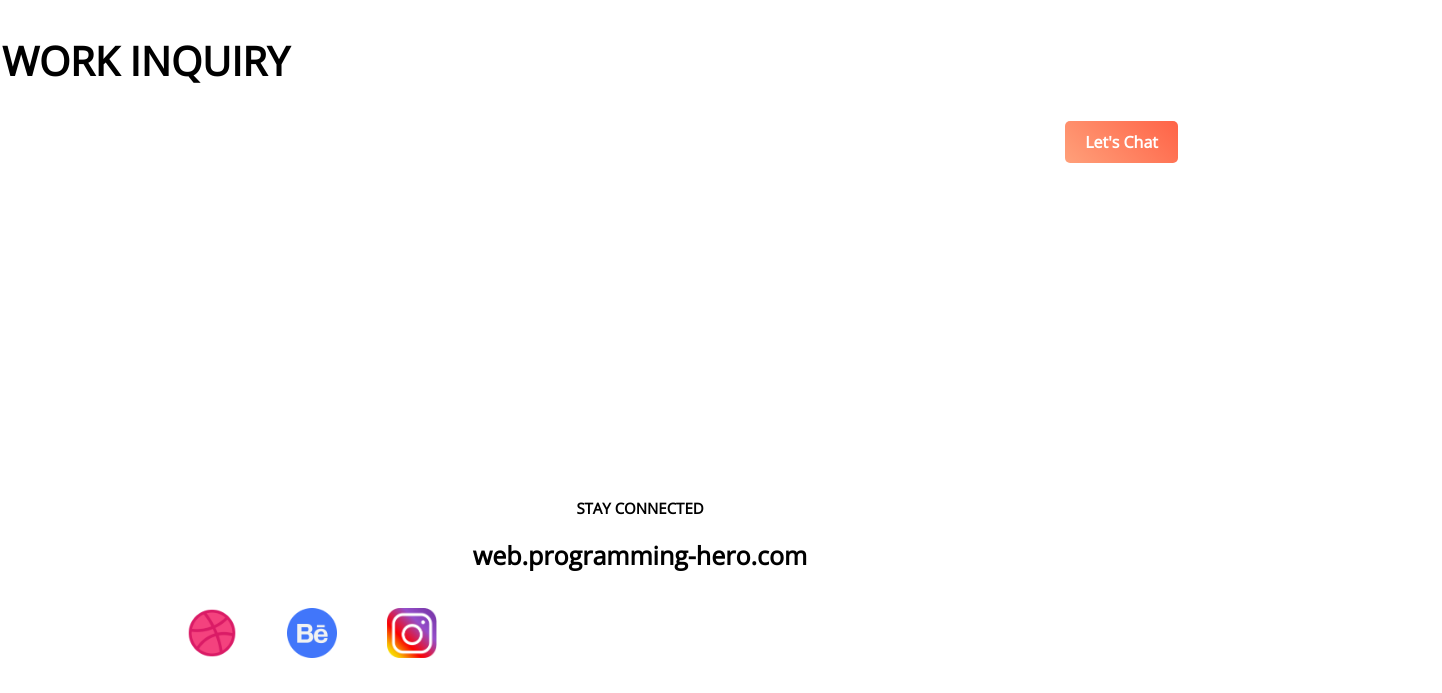
Repository: sabbircse3/personal-website
Page: index.html
An editor plug-in stored every save of this project. The page is shown before and after a run of saves, followed by the edit.
The browser window is 1280 px wide. The page is 1442 px wide, so the pictures cover 1442 px, including what lies to the right of the window. The pictures show the part of the page from y = 2386 to 3079 px (the page is 3079 px tall).

Above is the page before, as saved 2021-01-06 03:48:41.

### index.html
<!DOCTYPE html>
<html lang="en">
<head>
    <title>personal-website</title>
    <link rel="preconnect" href="https://fonts.gstatic.com">
    <link href="https://fonts.googleapis.com/css2?family=Open+Sans&display=swap" rel="stylesheet">
    <link rel="stylesheet" href="style.css">
</head>
<body>

        <div class="menu-1">
            <ul id="menu">
                <li><a href="#">Contact</a></li>
                <li><a href="#">Protfolio</a></li>
                <li><a href="#">Work</a></li>
                <li><a href="#">About</a></li>
            </ul>
        </div>


    <section class="top-banner ">
        <div class="half-width">
            <h1>HELLO, I'M <br> <span class="name-highlight">SABBIR HASAN</span></h1>
            <p>A full stack allaround designer that placerat in massa consectetur</p>
            <a class="link-button" target="_blank" href="https://www.linkedin.com/company/programminghero/">HIRE ME</a>
        </div>

        <div class="half-width">
            <img src="images/sabbir1.png" alt="">
        </div>
    </section>

    <section class="about ">
        <div class="half-width">
            <img src="images/sabbir1.png" alt="">
        </div>

        <div class="half-width">
            <h2> ABOUT</h2>
            <p>Lorem Ipsum is simply dummy text of the printing and typesetting industry. Lorem Ipsum has been the industry's standard dummy text ever since the 1500s, when an unknown printer took a galley of type and scrambled it to make a type specimen book.</p>
            <a class="link-button" target="_blank" href="https://www.linkedin.com/company/programminghero/">Download CV</a>
        </div>

    </section>

    <section class="experience-area">
        <h2 id="head-center"><span class="name-highlight">LASTET</span> WORKING PROJECT</h2>
        <div id="first-project" class="half-width single-experience">
            <img  src="images/image 4.png" alt="" class="center">
            <h3>Power-x-gym (gym website)</h3>
            <p>Lorem Ipsum is simply dummy text of the printing and typesetting industry.</p>

        </div>

        <div id="next-project" class="half-width single-experience">
            <img src="images/image 5.png" alt="" class="center">
            <h3>Creative Agency</h3>
            <p>Lorem Ipsum is simply dummy text of the printing and typesetting industry.</p>

        </div>

        <div id="next-project" class="half-width single-experience">
            <img src="images/image 8.png" alt="" class="center">
            <h3>Hard Rock Music</h3>
            <p>Lorem Ipsum is simply dummy text of the printing and typesetting industry.</p>

        </div>

    </section>



    <section class="education">
        <h1> <span class="name-highlight">EDU</span>CATION</h1>
        <div id="bachelor" class="half-width single-experience">
            <h3>Bachelor of Science in Computer Science</h3>
            <h3 class="blue-highlight">Khwaja Yunus Ali University</h3>
            <h3 class="orange-highlight">2016-2020</h3>
            <p>It is a reputaed private university in this country Bangladesh.</p>
        </div>

        <div id="others" class="half-width single-experience">
            <h3>Higher School Certificate</h3>
            <h3 class="blue-highlight">Bhagopara Shahid Dhanesh Uddin School and Collage</h3>
            <h4 class="orange-highlight">2014-2016</h4>
            <p>It is one of the best collage in our north said of country</p>
        </div>

		<div id="others" class="half-width single-experience">
            <h3>Secoundary School Certificate</h3>
            <h3 class="blue-highlight">Rajapur High School</h3>
            <h4 class="orange-highlight">2009-2014</h4>
            <p>This school is one of the best school in my native area where i was bron.</p>
        </div>

    </section>


    <section>
        <div class="lowest-banner">
            <h2>WORK INQUIRY </h2>
        </div>

        <div>
            <a class="chat-button" target="_blank" href="https://www.linkedin.com/company/programminghero/">Let's Chat</a>
        </div>

    </section>


    <footer>
        <h3>STAY CONNECTED</h3>
        <h2>web.programming-hero.com</h2>
        <div class="chat">
            <div class=" chat-experience">
                <img  src="images/image 6.png" alt="" class="center">
            </div>

            <div  class=" chat-experience">
                <img src="images/Group 33059.png" alt="" class="center">
            </div>

            <div  class=" chat-experience">
                <img src="images/image 7.png" alt="" class="center">
            </div>
        </div>

    </footer>




</body>
</html>

### style.css
body{
    font-family: 'Open Sans', sans-serif;
    margin: 2px;
    font-style: normal;
}
.menu-1{
	height: 90px;
}
#menu{
	list-style-type:none;
	width:900px;
	margin:10px auto;
}
#menu li{
	float:right;
}
#menu li a{
	color:black;
	text-decoration:none;
	padding:5px 10px;
}

h1{
    font-size: 50px;
}
h2{
    font-size: 40px;
}

.name-highlight{
    color: #FF8367;
}
.top-banner{

}
.half-width{
    width: 35%;
    float: left;
    margin-left: 5%;
    padding-left: 2%;
}
.half-width img{
    width: 100%;
}
section{
    height: 450px;
}
.link-button{
    text-decoration: none;
    background-image: linear-gradient(45deg, lightSalmon, tomato);
    padding: 10px 20px;
    border-radius: 5px;
    color: white;
    font-weight: 700;
}
#head-center{
    text-align: center;
    margin: 80px;
    padding: 50px;
}
.experience-area{
    background-color: #E5E5E5;
    background-position: left;
    width: 1440px;
    height: 814px;
}
.center {
    display: block;
    margin-left:-15px;
    margin-top: 15px;
    width: 50%;
  }
.orange-highlight{
    color: orange;
}
.single-experience{
    box-shadow: 0px 4px 4px rgba(0, 0, 0, 0.25);
    border-radius: 10px;
	height: 45%;
	width: 23%;
}
#first-project{
    background-color: white;
}
#next-project{
	background-color: white;
}

.education{
    background-image: url("images/exp-bg.png");
    background-repeat: no-repeat;
    background-position: left;
}
#bachelor{
    border-left: 7px solid;
    border-image: linear-gradient(180deg, lightSalmon, tomato);
    border-image-slice: 1;
    background-color: white;
    height: 55%;
	width: 25%;
}
#others{
    border-left: 7px solid;
    border-image: linear-gradient(180deg, blue, cyan);
    border-image-slice: 1;
    height: 55%;
	width: 25%;
}
.blue-highlight{
    color:rgba(0, 0, 139, 0.705);
}
.lowest-banner{


}
.chat-button{
    text-decoration: none;
    background-image: linear-gradient(45deg, lightSalmon, tomato);
    padding: 10px 20px;
    margin-right: 100px;
    border-radius: 5px;
    color: white;
    font-weight: 700;
    float: right;
}

footer h2{
    text-align: center;
    font-size: 25px;
}
footer h3{
    text-align: center;
    font-size: 15px;
}
.chat{
    margin-left: 200px;
}
.chat-experience{
	height: 100px;
    width: 100px;
    display: block;
    float:left;
}

After the next 6 saves:
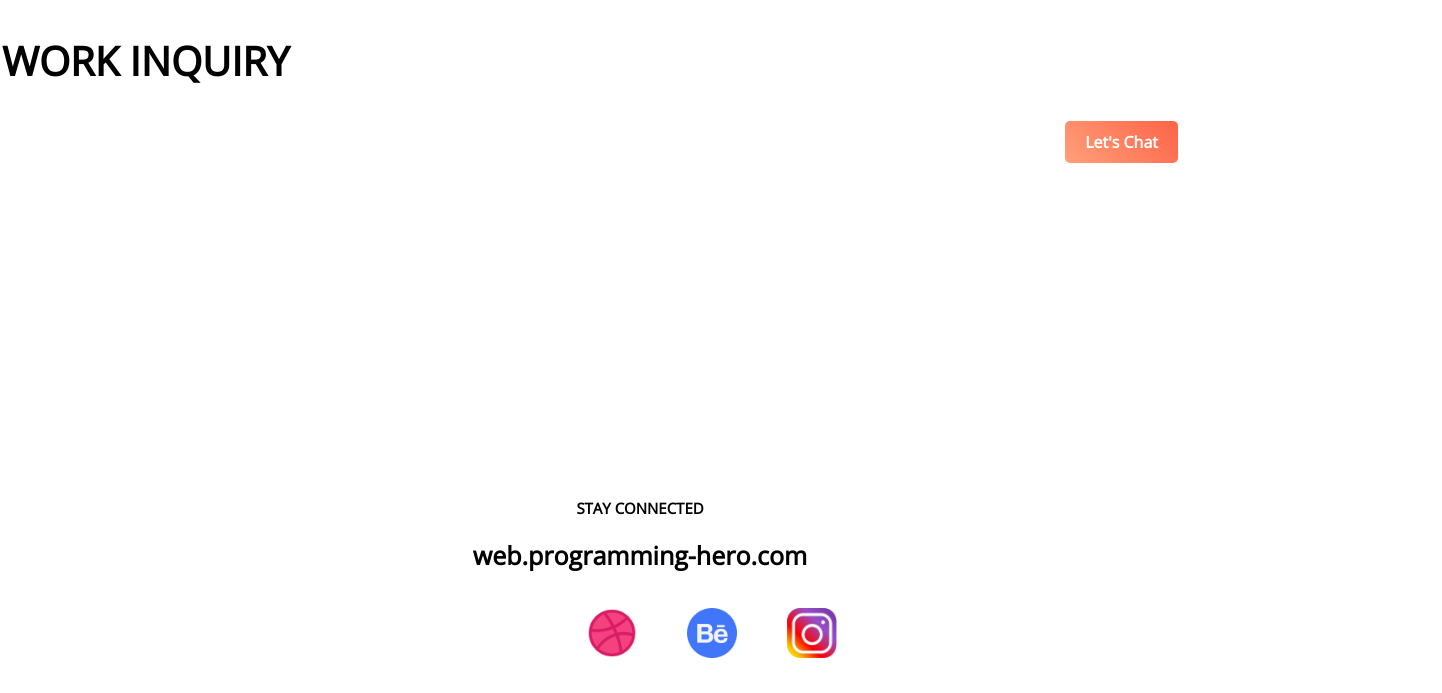
The 6 saves are shown as one change because they came seconds apart.
The last was saved 19 s later.
--- a/style.css
+++ b/style.css
@@ -133,7 +133,7 @@ footer h3{
     font-size: 15px;
 }
 .chat{
-    margin-left: 200px;
+    margin-left: 600px;
 }
 .chat-experience{
 	height: 100px;
